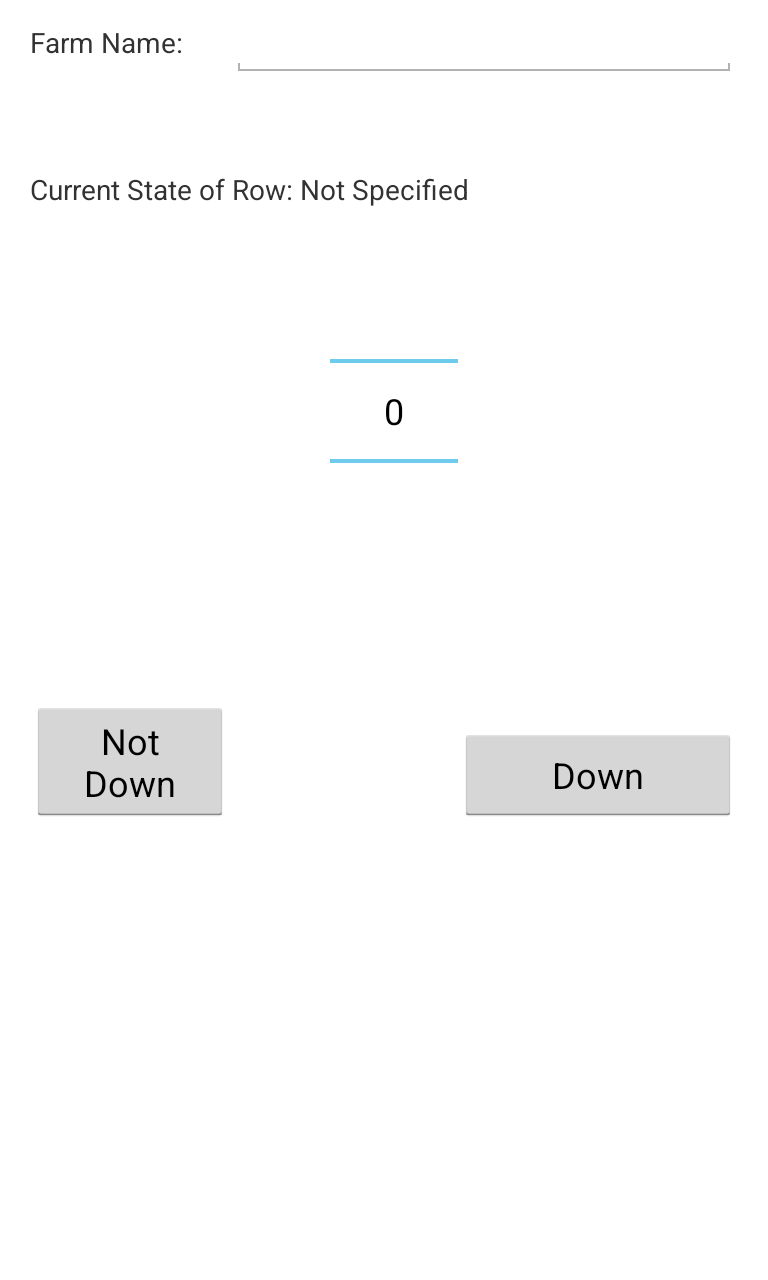
Repository: cokembel/FarmHand
Layout: FarmHand/res/layout/activity_main.xml
The author's editor kept a copy of each file at every save. The layout is drawn from the files as they stood at one save, then again after the next save.
It is drawn on a 768 x 1280 px phone screen (xhdpi) without system bars, with theme AppTheme; the app's code is not run.

Above is the layout before, as saved 2012-12-10 05:28:32.

### FarmHand/res/layout/activity_main.xml

    <ScrollView xmlns:android="http://schemas.android.com/apk/res/android"
        android:layout_width="match_parent"
        android:layout_height="match_parent"
        android:layout_alignParentLeft="true"
        android:layout_alignParentTop="true" >

        <RelativeLayout
            android:layout_width="match_parent"
            android:layout_height="wrap_content" >

            <AutoCompleteTextView
                android:id="@+id/farm_name"
                android:layout_width="match_parent"
                android:layout_height="wrap_content"
                android:layout_toRightOf="@+id/farm_label"
                android:layout_alignParentTop="true"
                android:layout_marginRight="15dp"
                android:ems="10" />

            <TextView
                android:id="@+id/farm_label"
                android:layout_width="100dp"
                android:layout_height="wrap_content"
                android:layout_alignBaseline="@id/farm_name"
                android:layout_alignBottom="@id/farm_name"
                android:gravity="left"
                android:layout_marginLeft="15dp"
                android:text="@string/farm_name" />

            <TextView
                android:id="@+id/current_status"
                android:layout_width="match_parent"
                android:layout_height="wrap_content"
                android:layout_alignParentRight="true"
                android:layout_alignBaseline="@+id/status_label"
                android:gravity="center"
                android:text="Not Specified" />

            <Button
                android:id="@+id/not_down_button"
                android:layout_width="wrap_content"
                android:layout_height="wrap_content"
                android:layout_alignLeft="@id/farm_label"
                android:layout_marginTop="350dp"
                android:layout_toLeftOf="@+id/row_number"
                android:gravity="center_horizontal"
                android:text="Not Down" />

            <Button
                android:id="@+id/down_button"
                android:layout_width="wrap_content"
                android:layout_height="wrap_content"
                android:layout_alignBottom="@id/not_down_button"
                android:layout_alignRight="@id/farm_name"
                android:layout_toRightOf="@+id/row_number"
                android:text="Down" />

            <TextView
                android:id="@+id/status_label"
                android:layout_width="wrap_content"
                android:layout_height="wrap_content"
                android:layout_alignLeft="@+id/farm_label"
                android:layout_below="@+id/prev_row_button"
                android:layout_marginTop="85dp"
                android:text="@string/status" />

            <NumberPicker
                android:id="@+id/row_number"
                android:layout_width="wrap_content"
                android:layout_height="wrap_content"
                android:layout_centerVertical="true"
                android:layout_marginLeft="50dp"
                android:gravity="center_horizontal"
                android:layout_toRightOf="@+id/farm_label" />

</RelativeLayout>

    </ScrollView>

### FarmHand/res/values/strings.xml
<resources>

    <string name="app_name">FarmHand</string>
    <string name="menu_settings">Settings</string>
    <string name="title_activity_main">FarmHand</string>
    <string name="farm_name">Farm Name:</string>
	<string name="status">Current State of Row:</string>

</resources>

Loaded but not shown: FarmHand/res/values-v11/styles.xml (common file); FarmHand/res/values-v14/styles.xml (common file); FarmHand/res/values/styles.xml (common file)

After the next save:
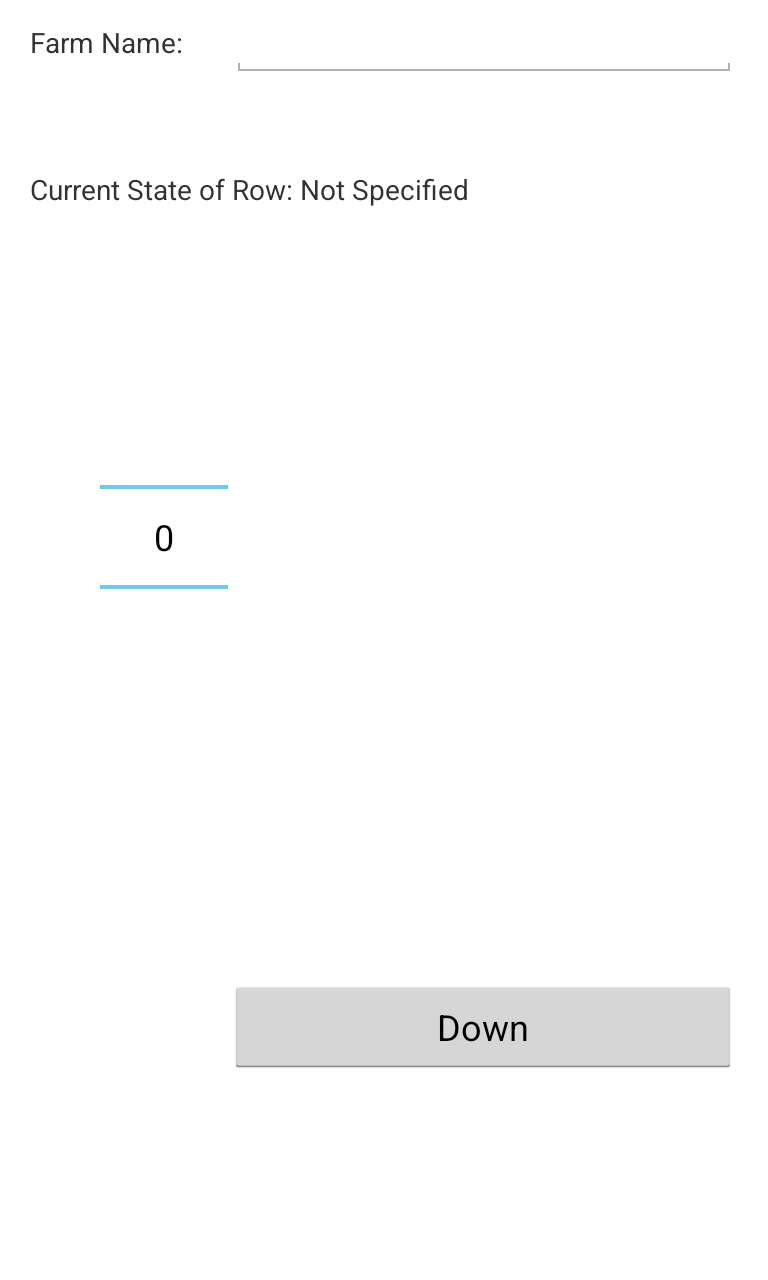
Saved 29 s later.
--- a/FarmHand/res/layout/activity_main.xml
+++ b/FarmHand/res/layout/activity_main.xml
@@ -72,7 +72,7 @@
                 android:layout_centerVertical="true"
                 android:layout_marginLeft="50dp"
                 android:gravity="center_horizontal"
-                android:layout_toRightOf="@+id/farm_label" />
+ />
 
 </RelativeLayout>
 
